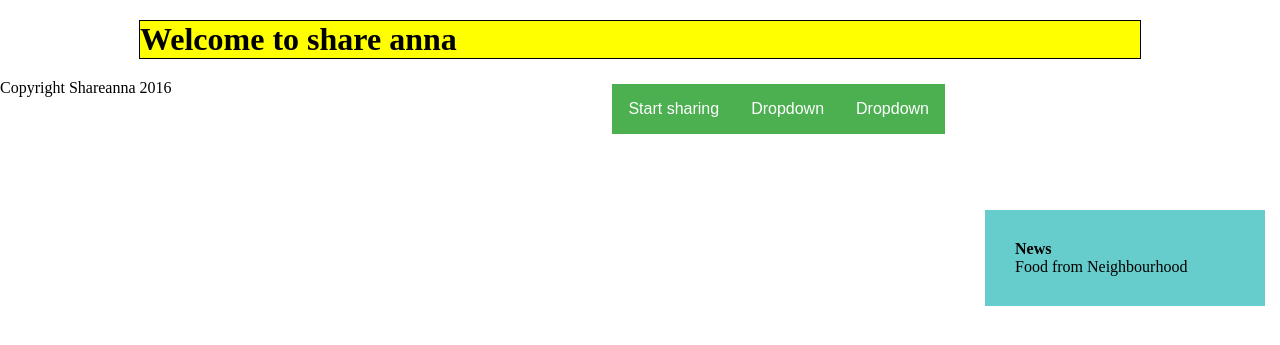
Repository: navigator007/shareanna
Page: practiceSpringMVC_1/src/main/webapp/home.html
The author's editor kept a copy of each file at every save. The page is drawn from the files as they stood at one save, then again after the next save.
The browser window is 1280 px wide. The pictures show the whole page.

Above is the page before, as saved 2016-08-20 23:11:28.

After the next save:
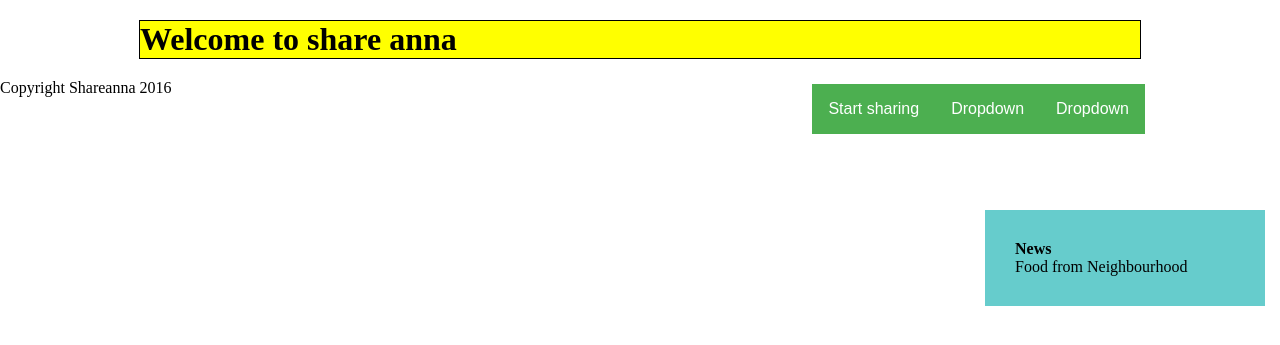
Saved 10 s later.
--- a/practiceSpringMVC_1/src/main/webapp/css/home.css
+++ b/practiceSpringMVC_1/src/main/webapp/css/home.css
@@ -68,7 +68,7 @@ body{
     position: fixed;
     float: right;
     list-style-type: none;
-    right: 330px;
+    right: 130px;
 }
 
 .menu_dropdown li{
